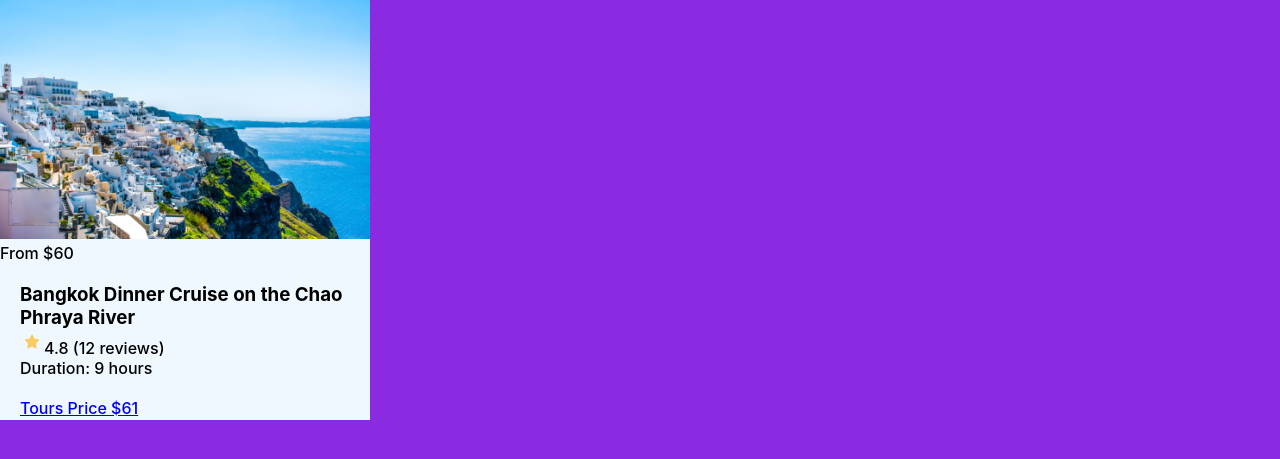
Repository: nguyentuankiet-k61/K_IT-demo
Page: index.html
The author's editor kept a copy of each file at every save. The page is drawn from the files as they stood at one save, then again after the next save.
The browser window is 1280 px wide. The pictures show the whole page.
Some web fonts or font styles are not loaded; a fallback is used.

Above is the page before, as saved 2022-09-28 09:03:15.

After the next save:
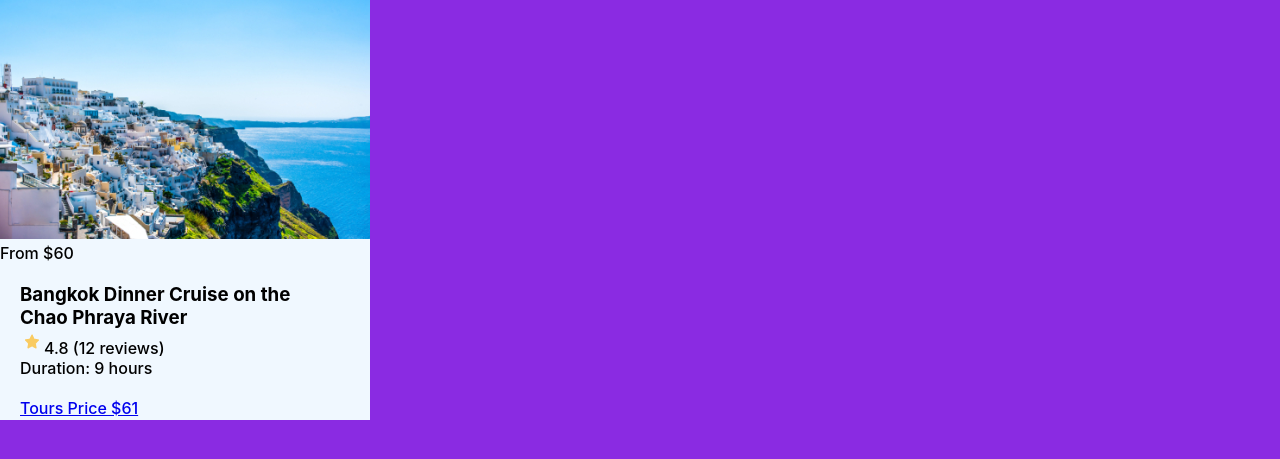
Saved 2 min 6 s later.
--- a/CSS/app.css
+++ b/CSS/app.css
@@ -17,6 +17,8 @@ body{
 }
 .Tours_content{
     padding: 20px 20px 14px;
+    width: 330px;
+    height: 147px;
 
 
 }
